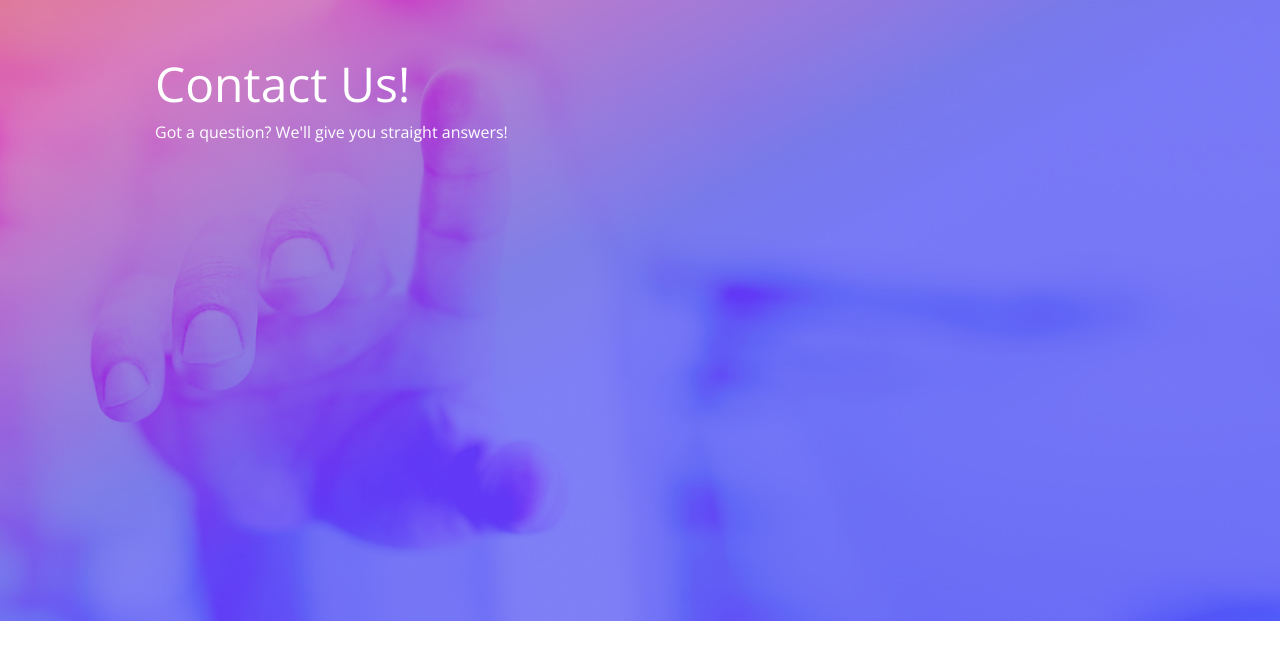
Repository: pixendrit/beetroot-fe-g1
Page: classwork/11 - Creating forms/class/index.html
These files come from the project's save history. The page is drawn as it stood at one moment and after the next save; the edit follows.
The browser window is 1280 px wide. The pictures show the whole page.

Above is the page before, as saved 2021-02-06 09:37:05.

### classwork/11 - Creating forms/class/index.html
<!DOCTYPE html>
<html lang="en">

<head>
  <meta charset="UTF-8">
  <meta http-equiv="X-UA-Compatible" content="IE=edge">
  <meta name="viewport" content="width=device-width, initial-scale=1.0">
  <link rel="preconnect" href="https://fonts.gstatic.com">
  <link href="https://fonts.googleapis.com/css2?family=Open+Sans:ital,wght@0,400;0,700;1,400&display=swap" rel="stylesheet">
  <link rel="stylesheet" href="./styles/style.css">
  <title>Html Forms</title>
</head>

<body>
  <div class="form-container">
    <form action="#" class="contact-form">
      <div class="contact-form__header">
        <h1 class="contact-form__title">Contact Us!</h1>
        <p class="contact-form__text">Got a question? We'll give you straight answers!</p>
      </div>
      <div class="contact-form__body">
        <div class="flex-container">
          <div class="column-half">
            <div class="input-group">

            </div>
          </div>
          <div class="column-half"></div>
        </div>
      </div>
      <div class="contact-form__footer"></div>
    </form>
  </div>

</body>

</html>

### classwork/11 - Creating forms/class/styles/style.css
/* http://meyerweb.com/eric/tools/css/reset/
   v2.0 | 20110126
   License: none (public domain)
*/

html, body, div, span, applet, object, iframe,
h1, h2, h3, h4, h5, h6, p, blockquote, pre,
a, abbr, acronym, address, big, cite, code,
del, dfn, em, img, ins, kbd, q, s, samp,
small, strike, strong, sub, sup, tt, var,
b, u, i, center,
dl, dt, dd, ol, ul, li,
fieldset, form, label, legend,
table, caption, tbody, tfoot, thead, tr, th, td,
article, aside, canvas, details, embed,
figure, figcaption, footer, header, hgroup,
menu, nav, output, ruby, section, summary,
time, mark, audio, video {
	margin: 0;
	padding: 0;
	border: 0;
	font-size: 100%;
	font: inherit;
	vertical-align: baseline;
}
/* HTML5 display-role reset for older browsers */
article, aside, details, figcaption, figure,
footer, header, hgroup, menu, nav, section {
	display: block;
}
body {
	line-height: 1;
}
ol, ul {
	list-style: none;
}
blockquote, q {
	quotes: none;
}
blockquote:before, blockquote:after,
q:before, q:after {
	content: '';
	content: none;
}
table {
	border-collapse: collapse;
	border-spacing: 0;
}
*,*:before,*:after {
  box-sizing: border-box;
}
/* ============================================ */
body {
  background: url('../images/background.png') no-repeat;
  background-size: cover;
  font-family: "Open Sans", sans-serif;
}
.form-container {
  width: 100%;
  max-width: 970px;
  margin:0 auto;
}
.flex-container {
  float: left;
  width: 100%;
  display: flex;
  justify-content: space-between;
  align-items: flex-start;
}

.column-half {
  width: calc(50% - 15px);
}
.contact-form__header {
  padding-top: 54px;
  color: white;
  margin-bottom: 28px;
}
.contact-form__title {
  font-size: 48px;
  line-height: 1.25em;
  margin-bottom: 3px;
}
.contact-form__text {
  font-size: 16px;
  line-height: 1.9em;
}

After the next save:
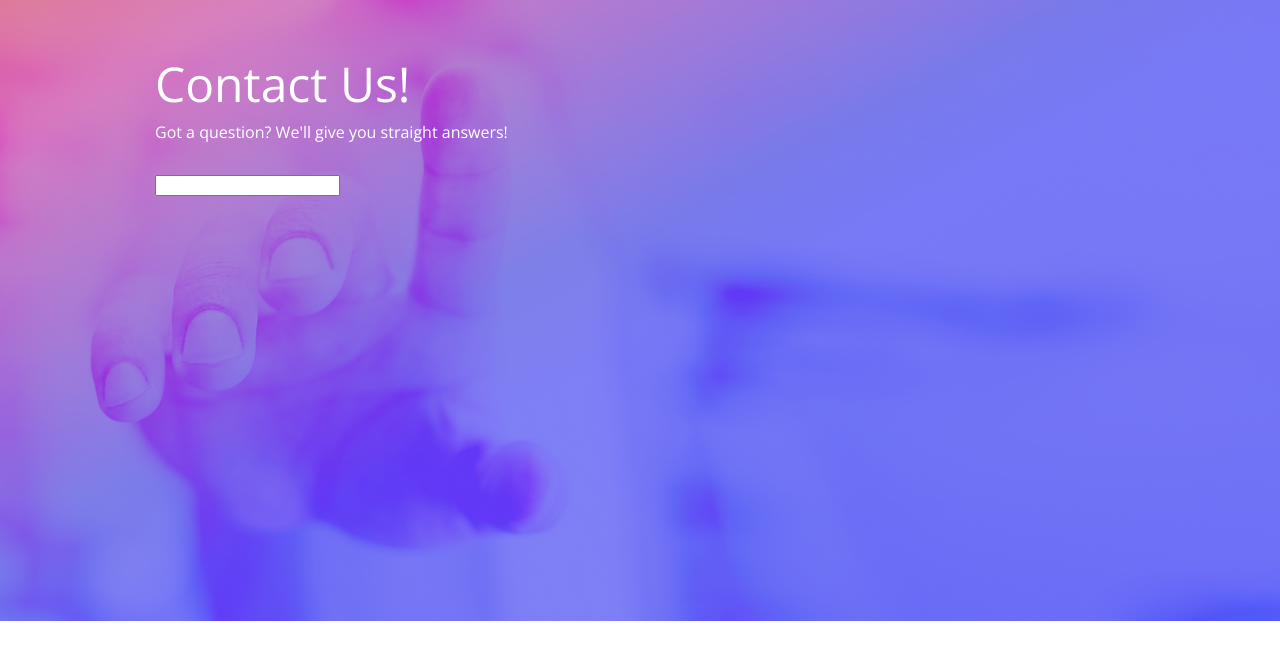
Saved 63 s later.
--- a/classwork/11 - Creating forms/class/index.html
+++ b/classwork/11 - Creating forms/class/index.html
@@ -22,7 +22,8 @@
         <div class="flex-container">
           <div class="column-half">
             <div class="input-group">
-
+              <label for="name"></label>
+              <input type="text" id="name">
             </div>
           </div>
           <div class="column-half"></div>
